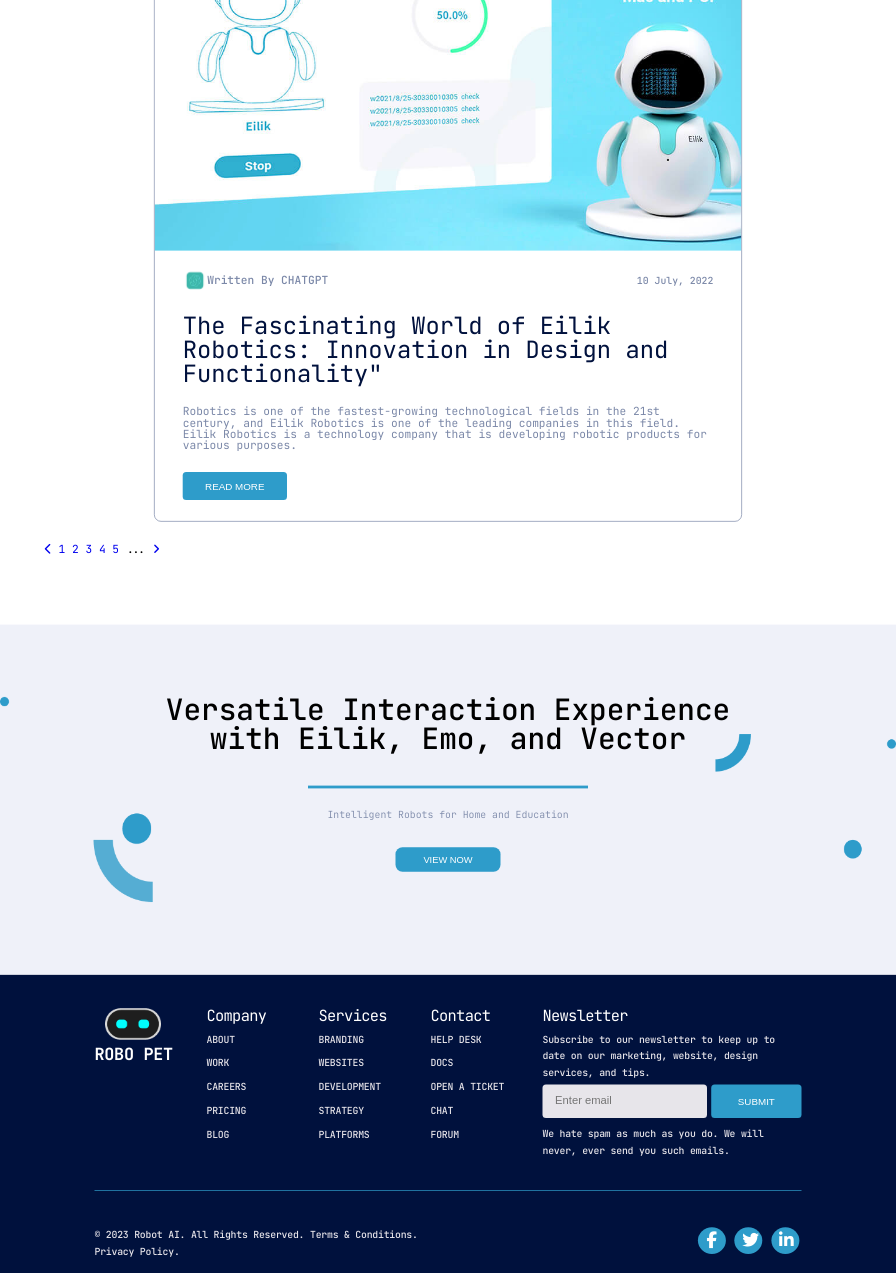
Repository: trietle101/du-an-1
Page: http://localhost/blog.html
These files come from the project's save history. The page is drawn as it stood at one moment and after the next save; the edit follows.
The browser window is 1280 px wide. The pictures show the part of the page from y = 2726 to 4646 px (the page is 4545 px tall before and 4646 px after), at 70% of full size.
Some web libraries are served in a nearby version. The page is run by PHP 8.4 with error messages shown; the project is at /var/www/html/.

Above is the page before, as saved 2023-03-12 19:05:00.
Console error: TypeError: Cannot set properties of null (setting 'src')

After the next save:
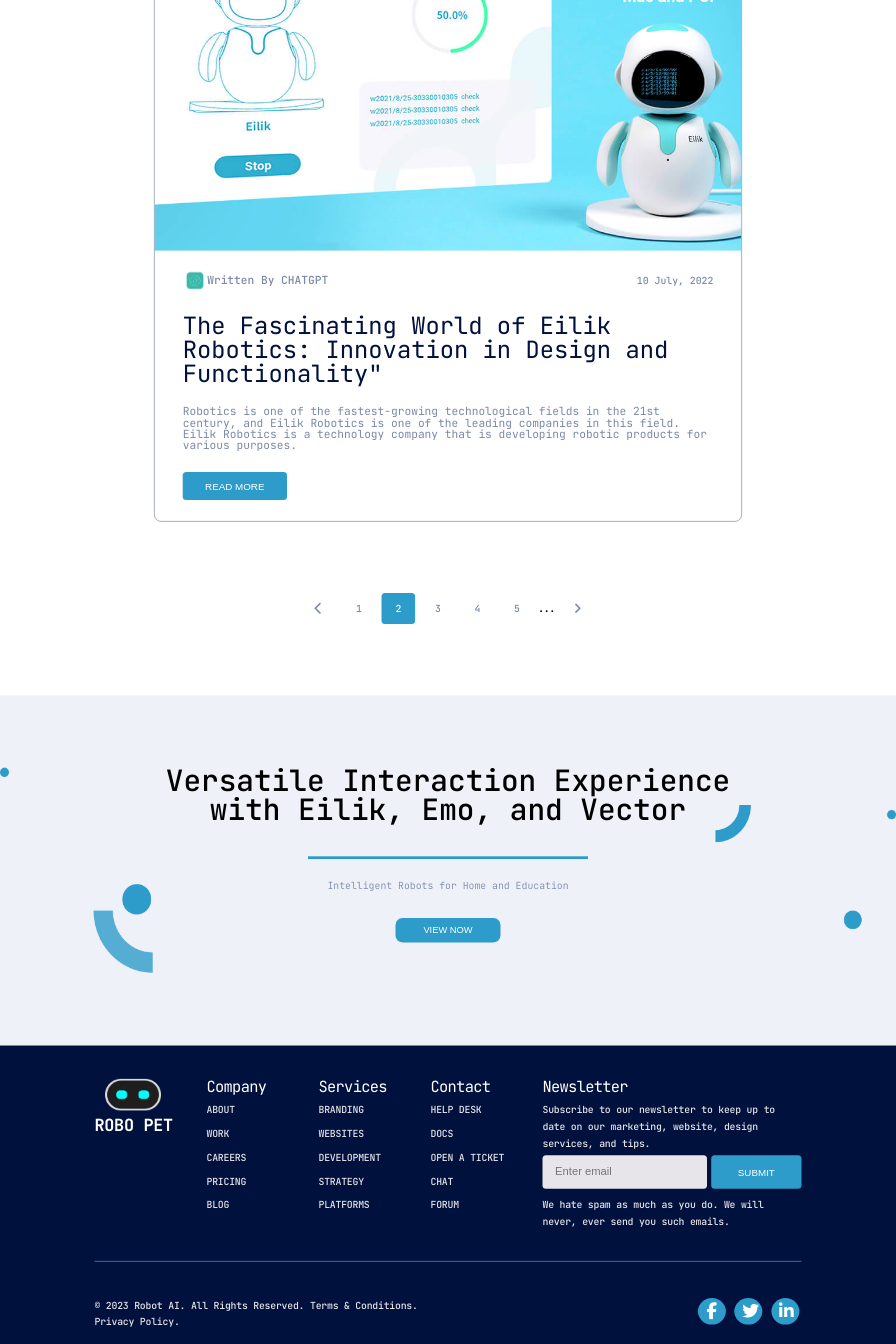
Saved 40 s later.
--- a/assets/css/blog.css
+++ b/assets/css/blog.css
@@ -335,3 +335,45 @@
   color: #2d3958;
   text-decoration: underline;
 }
+.pagination {
+  padding-top: 50px;
+}
+.pagination-list {
+  display: flex;
+  justify-content: center;
+  align-items: center;
+  margin: 20px 0;
+}
+
+.pagination-list a {
+  display: inline-block;
+  padding: 15px 20px;
+  border: none;
+  margin: 0 4px;
+  font-weight: 500;
+  font-size: 14px;
+  text-decoration: none;
+  border-radius: 5px;
+  color: #7b88a8;
+  transition: background-color 0.3s ease-in-out;
+}
+
+.pagination-list a.active,
+.pagination-list a:hover {
+  background-color: var(--secondary-color);
+  color: #fff;
+}
+
+.pagination-list .prev,
+.pagination-list .next {
+  border: none;
+  font-weight: bold;
+  font-size: 18px;
+  padding: 15px 20px;
+  margin: 0 4px;
+}
+
+.pagination-list .prev:hover,
+.pagination-list .next:hover {
+  background-color: var(--secondary-color);
+}
